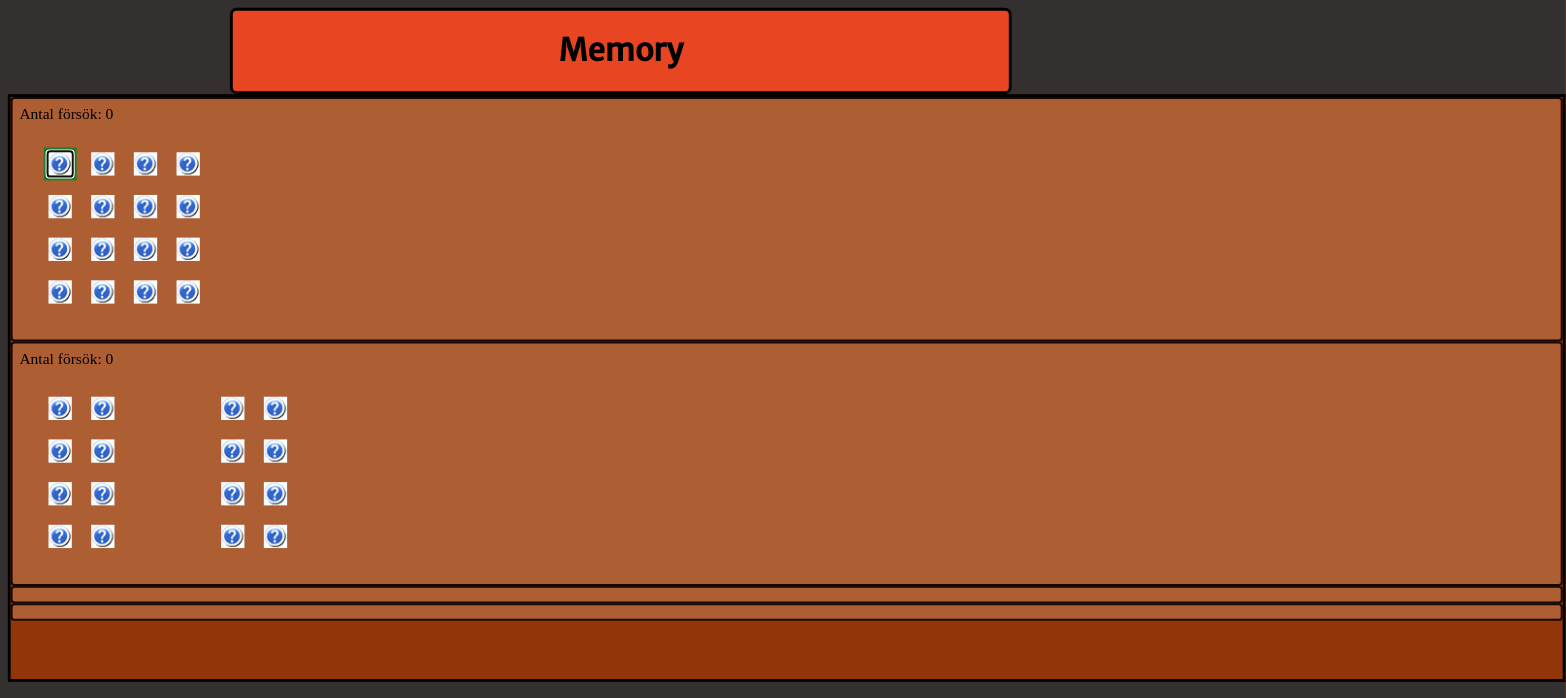
Repository: mi222eh/1dv403-laborationer
Page: 3-gameon/memory/index.html
The author's editor kept a record of every edit. The page is drawn from the files as they stood at one moment, then again after the next edit.
The browser window is 1280 px wide. The page is 1614 px wide, so the pictures cover 1614 px, including what lies to the right of the window. The pictures show the whole page, at 97% of full size.

Above is the page before.

### 3-gameon/memory/index.html
<!DOCTYPE html>
<html lang="sv">
    <head>
        <meta charset="utf-8" />
        <title>Memory</title>
        <link rel="stylesheet" href="css/basic.css" type="text/css" />
    </head>
    <body>
        <div id="head">
            <header>
                <h1>
                    Memory
                </h1>
            </header>
        </div>
        <div id="gamingBoard">

            <div id="game1" class="gaming"></div>
            <div id="game2" class="gaming"></div>
            <div id="game3" class="gaming"></div>
            <div id="game4" class="gaming"></div>
        </div>

        <script type="text/javascript" src="script/memory.js"></script>
        <script type="text/javascript" src="script/random.js"></script>
        <script type="text/javascript" src="script/script.js"></script>
        <script type="text/javascript" src="script/games.js"></script>
    </body>
</html>

### 3-gameon/memory/css/basic.css
@import url(https://fonts.googleapis.com/css?family=Merriweather+Sans);

body {
    background-color:#33302F;
}

#head {
    margin:0 auto;
    width:800px;
    background-color:#E84623;
    text-align:center;
    border:solid #000000 3px;
    border-radius:7px;
    font-family:"Merriweather Sans";
}


#gamingBoard{
    width:1600px;
    min-height:600px;
    background-color:#923508;
    margin:0 auto;
    border:solid 3px;
}

#gamingBoard > div{
    display:block;
    border: solid #190701 2px;
    border-radius:4px;
    padding:7px;
    background-color:#AD5E32;
}

.bricks{
    padding:20px;
}

.row{
    display:block;
}

.row > div{
    display:inline-block;
    padding:10px;

}

.row div > a{
    display:block;
    background-color:#FFFFFF;
    font-size:22px;
    width:24px;
    height:24px;
    text-decoration:none;
    color:#000000;
}
.row div a img {
    text-align:center;
}
.row div a:focus{
    box-shadow:0px 0px 0px 5px #207D27;
}

div.rightPadding{
    padding-top:10px;
    padding-bottom:10px;
    padding-left:10px;
    padding-right:100px;
}

.gaming ._tries {
    display:inline-block;
}

._win {
    color:#1E4A0B;
    font-size:24px;
}

### 3-gameon/memory/script/memory.js
"use strict"

function MemoryGame(row, col, gameID, gameLayoutID){

    //Variabler som kommer att användas
    var focusX = 0;                                             //Fixerar fokuset (X)
    var focusY = 0;                                             //Fixerar fokuset (Y)
    var THIS = this;
    var memory_Values = [];                                     //ska lagra 2 värden (brickorna)
    var numberOfSuccess = 0;                                    //lager för antalet succéer (kommer att avgöra när segerTexten kommer)
    var numberOfTries = 0;

    //<-----           Metoder till variablerna            ------>//
    this.setfocusX = function(i){focusX = i};
    this.setfocusY = function(i){focusY = i};

    this.addnumberOfTries = function(i){numberOfTries += i;};
    this.getnumberOfTries = function(){return numberOfTries};

    this.addnmberOfSuccess = function(i){numberOfSuccess += i};
    this.getnumberOfSuccess = function(){return numberOfSuccess};

    this.getgameLayoutID = function(){return gameLayoutID};
    this.getgameID = function(){return gameID};

    this.getRow = function(){return row};
    this.getCol = function(){return col};

    this.getPosition = function(i){return Position[i]};
    this.setPosition = function(ref){Position.push(ref)};
    this.getPositionArray = function(){return Position};

    this.setmemoryValue = function(ref){memory_Values.push(ref)};
    this.getmemoryValue = function(i){return memory_Values[i]};
    this.getWholememoryValue = function(){return memory_Values};
    this.clearmemoryValue = function(){memory_Values = []};

    /*
    this.resetValues = function(){
        if (this.listenToClick) {
        numberOfSuccess = 0;
        numberOfTries = 0;
        memory_Values = [];
        Position = RandomGenerator.getPictureArray(this.getRow(), this.getCol());
        }
    };
    */

    //<-------          Metoder för fokuset             ----->//
    this.handleDown = function(){
        if ((focusY + 1) < (row)) {
            focusY += 1;
        }
        this.focus();
    };
    this.handleUp = function(){
      if ((focusY - 1) >= 0) {
          focusY += -1;
      }
      this.focus();
    };
    this.handleLeft = function(){
        if ((focusX - 1) >= 0) {
            focusX += -1;
        }
        this.focus();
    };
    this.handleRight = function(){
        if ((focusX+1) < (col)) {
            focusX += 1;
        }
        this.focus();
    };
    this.focus = function(){
        var targetFocus = document.getElementById(gameID).getElementsByClassName('bricks')[0];
        var rowNumber = targetFocus.childNodes[focusY];
        var columnNumber = rowNumber.childNodes[focusX];
        columnNumber.childNodes[0].focus();
    };


    //                  Array för slumpade siffror
    var Position = RandomGenerator.getPictureArray(this.getRow(), this.getCol());

    //              Område för spelplanen@
    this.area = document.getElementById(gameID);

    this.listenToClick = true;


}

    ////<-------          (Test) Metod för att återställa spelplanen   ------>//
    MemoryGame.prototype.reset = function(_this){
        _this.area.innerHTML = "";
        _this.resetValues();
        _this.generateGame();

    };

    //<-------          Metod för att generera spelplanen   ------>//
    MemoryGame.prototype.generateGame = function(){
        var _this = this;

        //<--bara för test-->//
        var resetButton = document.createElement('button');
        var resetText = document.createTextNode("Reset");
        resetButton.appendChild(resetText);
        resetButton.setAttribute("type", "button");
        resetButton.addEventListener("click", function(){
            _this.reset(_this)
        });


        //<--slut på test-->//

        //Generar allt gemensamt här...
        var gameInfoDiv = document.createElement('div');
        var textNode = document.createTextNode('Antal försök: ');
        var divtext = document.createElement('div');
        var divWin = document.createElement('div');
        var divNumber = document.createElement('div');

        divNumber.classList.add('_tries');
        divWin.classList.add('_win');

        divtext.appendChild(textNode);
        divtext.appendChild(divNumber);
        gameInfoDiv.appendChild(divtext);
        gameInfoDiv.appendChild(divWin);
        this.area.appendChild(gameInfoDiv);

        //Beorende på ID, skapa layout
        if (this.getgameLayoutID() === 0) {

            this.area.appendChild(this.layout0());
        }
        else if (this.getgameLayoutID() === 1) {

            this.area.appendChild(this.layout1());
        }
        this.updateNumbers();
    };

    // <------- För ID 0-------->//
    MemoryGame.prototype.layout0 = function(){
        var i,m, img, coldiv, rowdiv, a;
        var _this = this;

        var picture = 0;

        var masterdiv = document.createElement('div');
        masterdiv.classList.add('bricks');

        for (i = 0; i < this.getRow(); i+=1) {

            rowdiv = document.createElement('row');
            rowdiv.classList.add('row');
            for (m = 0; m < Math.floor((this.getCol()/2)); m+=1) {

                coldiv = document.createElement('div');
                img = document.createElement('img');
                a = document.createElement('a');

                //konfigurationer
                img.setAttribute("alt", "?");
                img.setAttribute("height", "24px");
                img.setAttribute("width", "24px");
                img.setAttribute("src", "pics/0.png");
                img.classList.add("brick_" + picture);

                a.setAttribute("href", "#");
                a.addEventListener("click", function(event) {
                    _this.clickAction(event, _this);
                 });
                        a.addEventListener("keydown", function(event) {
                        _this.navigation(event, _this);
                 });

                //sätta dit
                a.appendChild(img);
                coldiv.appendChild(a);

                rowdiv.appendChild(coldiv);
                picture += 1;
                if (m === (Math.floor((this.getCol()/2)-1))) {
                    coldiv.classList.add('rightPadding');
                }

            }

            for (m = Math.floor((this.getCol()/2)); m < this.getCol() ; m+=1) {
                coldiv = document.createElement('div');
                img = document.createElement('img');
                a = document.createElement('a');

                //konfigurationer
                img.setAttribute("alt", "?");
                img.setAttribute("height", "24px");
                img.setAttribute("width", "24px");
                img.setAttribute("src", "pics/0.png");
                img.classList.add("brick_" + picture);

                a.setAttribute("href", "#");
                a.addEventListener("click", function(event) {
                    _this.clickAction(event, _this);
                 });
                        a.addEventListener("keydown", function(event) {
                        _this.navigation(event, _this);
                 });

                //sätta dit
                a.appendChild(img);
                coldiv.appendChild(a);

                rowdiv.appendChild(coldiv);
                picture += 1;
                if (m === Math.floor((this.getCol()/2))) {
                    coldiv.classList.add('leftPadding');
                }
            }
            masterdiv.appendChild(rowdiv);
        }
        _this.listenToClick = true;
        return masterdiv;
    };

    // <------- För ID 1-------->//
    MemoryGame.prototype.layout1 = function(){
        var _this = this;

        //Variabel för att hålla koll på antalet bilder...
        var picture = 0;

        //En div som håller alla brickor
        var masterdiv = document.createElement('div');
        masterdiv.classList.add('bricks');

        //<------- Generar rad och kolumn beroende av parametrarna ------>//
        for (var i = 0; i < this.getRow(); i+=1) {

            var rowdiv = document.createElement('div');
            rowdiv.classList.add('row');                    //klass skapas för stilmallen

            for (var m = 0; m < this.getCol(); m+=1) {

                //taggar
                var coldiv = document.createElement('div');
                var img = document.createElement('img');
                var a = document.createElement('a');

                //konfigurationer
                img.setAttribute("alt", "?");
                img.setAttribute("height", "24px");
                img.setAttribute("width", "24px");
                img.setAttribute("src", "pics/0.png");
                img.classList.add("brick_" + picture);

                a.setAttribute("href", "#");
                a.addEventListener("click", function (event) {
                    _this.clickAction(event, _this);
                });
                a.addEventListener("keydown",function (event) {
                    _this.navigation(event, _this);
                });


                //sätta dit
                a.appendChild(img);
                coldiv.appendChild(a);

                rowdiv.appendChild(coldiv);
                picture += 1;
            }
            masterdiv.appendChild(rowdiv);
        }

        return masterdiv;           //returnera mäster-diven
    };

    //<------- Metod för navigation ------->//
    MemoryGame.prototype.navigation = function(event, _this){
        var code = event.keyCode;

        switch (code) {
            case 38:
                _this.handleUp();
                event.preventDefault();
                break;

            case 37:
                _this.handleLeft();
                event.preventDefault();
                break;

            case 39:
                _this.handleRight();
                event.preventDefault();
                break;

            case 40:
                _this.handleDown();
                event.preventDefault();
                break;

            default:
        }
    }

    //<--------------   Metod för klickhändelser (då en bricka ska vändas) -------->//
    MemoryGame.prototype.clickAction = function(event, _this){

            if (_this.listenToClick) {

                    event.preventDefault();

                    var a = event.currentTarget;

                    var aClone = a.cloneNode(true);

                    //Ersätt a med klonad a (för att ta bort listeners)
                    a.parentNode.replaceChild(aClone, a);

                    var image = aClone.childNodes[0];
                    var index = image.getAttribute('class').slice(6);




                    //Nya attribut på bilden sätts
                    image.setAttribute("alt", _this.getPosition(index));
                    image.setAttribute("src", "pics/" + _this.getPosition(index) + ".png");



                    //Hoppsan, "keypress" gick också bort
                    aClone.addEventListener("keydown", function (event) {
                        _this.navigation(event, _this);
                    });


                    _this.checkValues(aClone.childNodes[0]);
                    _this.setXAndYFocus(aClone);
            }






    };

    //<------------------- Kontroll av värden (och lagrande) ---------->//
    MemoryGame.prototype.checkValues = function(targetValue){

        var _this = this;

        //Sätt in referensen till image-taggen i arrayen
        _this.setmemoryValue(targetValue);
        console.log(_this.getWholememoryValue());

        //Kolla arrayens storlek (förutsätter att den blir högst två, men man vet aldrig)
        if (_this.getWholememoryValue().length >= 2) {


            if(_this.validateValues()){

                _this.addnmberOfSuccess(2);
                _this.clearmemoryValue();
            }

            else{
                _this.listenToClick = false;
                setTimeout(_this.flipBack, 1000, _this);

            }
            _this.addnumberOfTries(1);
            _this.updateNumbers();

        }
    };

    //<----------------  Jämför värden i arrayen ------------->//
    MemoryGame.prototype.validateValues = function(){

        //hämta ut till en lokal variabel
        var img1 = this.getmemoryValue(0);
        var img2 = this.getmemoryValue(1);

        var pos1 = img1.getAttribute('class').slice(6);
        var pos2 = img2.getAttribute('class').slice(6);

        if (this.getPosition(pos1) === this.getPosition(pos2)) {
          return true;
        }

        else{
            return false;
        }
    };

    //<------------------ Ansvara för att vända tillbaka brickorna ------------>//
    MemoryGame.prototype.flipBack = function(_this){

        console.log(_this);
        //sätt attribut och alt...
        _this.getmemoryValue(0).setAttribute("src", "pics/0.png");
        _this.getmemoryValue(0).setAttribute("alt", "?");

        _this.getmemoryValue(1).setAttribute("src", "pics/0.png");
        _this.getmemoryValue(1).setAttribute("alt", "?");

        //Lägg till listeners igen
        _this.getmemoryValue(0).parentNode.addEventListener("click", function (event) {
                    _this.clickAction(event, _this);
                 });
        _this.getmemoryValue(1).parentNode.addEventListener("click", function (event) {
                    _this.clickAction(event, _this);
                 });

        _this.clearmemoryValue();
        setTimeout(function() {_this.listenToClick = true;}, 100);

    };

    //<------------------ Uppdaterar numret ------------>//
    MemoryGame.prototype.updateNumbers = function(){
        var placeToWriteNumber = document.getElementById(this.getgameID()).getElementsByClassName('_tries')[0];
        placeToWriteNumber.innerHTML = this.getnumberOfTries();

        if (this.getnumberOfSuccess() === this.getPositionArray().length) {
            var winplace = document.getElementById(this.getgameID()).getElementsByClassName('_win')[0];
            winplace.innerHTML = "Memory: avklarat";
        }
    };

    //<------------------ X och Y focus (tillagd för att inte göra konflikt med onClick eventet) ------------>//
    MemoryGame.prototype.setXAndYFocus = function(focusingTarget){
        var x = 0, y = 0, tmpTarget;

        focusingTarget = focusingTarget.parentNode;

        tmpTarget = focusingTarget;

        while ((focusingTarget = focusingTarget.previousSibling) != null){
            x += 1;
        }
        var YNode = tmpTarget.parentNode;

        while ((YNode = YNode.previousSibling) != null){
            y += 1;
        }

        this.setfocusX(x);
        this.setfocusY(y);
        this.focus();
    };

### 3-gameon/memory/script/random.js
var RandomGenerator = {

	/*
		Denna metod tar antalet rader och columner som inparameter.

		Metoden returnerar en array innehållandes utslumpade tal mellan 1 och (rows*cols)/2. Varje tal representeras två
		gånger och motsvarar således en spelbricka.

		I en 4*4 matris kan Arrayen t.ex. se ut så här:
		[1,2,6,8,6,2,5,3,1,3,7,5,8,4,4,7]

		I en 2*4 matris kan Arrayen t.ex. se ut så här:
		[3,4,4,1,2,1,2,3]
	*/

	getPictureArray: function(rows, cols)
	{
		var numberOfImages = rows*cols;
		var maxImageNumber = numberOfImages/2;

	   	var imgPlace = [];

	   //Utplacering av bilder i Array
	   for(var i=0; i<numberOfImages; i++)
		  imgPlace[i] = 0;

		for(var currentImageNumber=1; currentImageNumber<=maxImageNumber; currentImageNumber++)
		{
			var imageOneOK = false;
			var imageTwoOK = false;

			do
			{
				if(imageOneOK == false)
				{
					var randomOne = Math.floor( (Math.random() * (rows*cols-0) + 0) );

					if( imgPlace[randomOne] == 0 )
					{
						imgPlace[randomOne] = currentImageNumber;
						imageOneOK = true;
					}
				}

				if(imageTwoOK == false)
				{
					var randomTwo = Math.floor( (Math.random() * (rows*cols-0) + 0) );

					if( imgPlace[randomTwo] == 0 )
					{
						imgPlace[randomTwo] = currentImageNumber;
						imageTwoOK = true;
					}
				}
			}
			while(imageOneOK == false || imageTwoOK == false);
		}

		return imgPlace;
	}
}

### 3-gameon/memory/script/script.js
"use strict"

window.onload = function(){
    myGames.init();
};

document.onkeydown = function(e){
    var code = e.keyCode;

    console.log(code);

    switch (code) {
        case 38:
            handleUp();
            e.preventDefault();
            break;

        case 37:
            handleLeft();
            e.preventDefault();
            break;

        case 39:
            handleRight();
            e.preventDefault();
            break;

        case 40:
            handleDown();
            e.preventDefault();
            break;

        default:
            // code
    }

};

### 3-gameon/memory/script/games.js
"use strict"

var myGames = {
    init: function(){
        var game1 = new MemoryGame(4, 4, "game1", 1);
        var game2 = new MemoryGame(4, 4, "game2", 0);
        game1.generateGame();
        game2.generateGame();


        game1.focus();
    }
};

After the next edit:
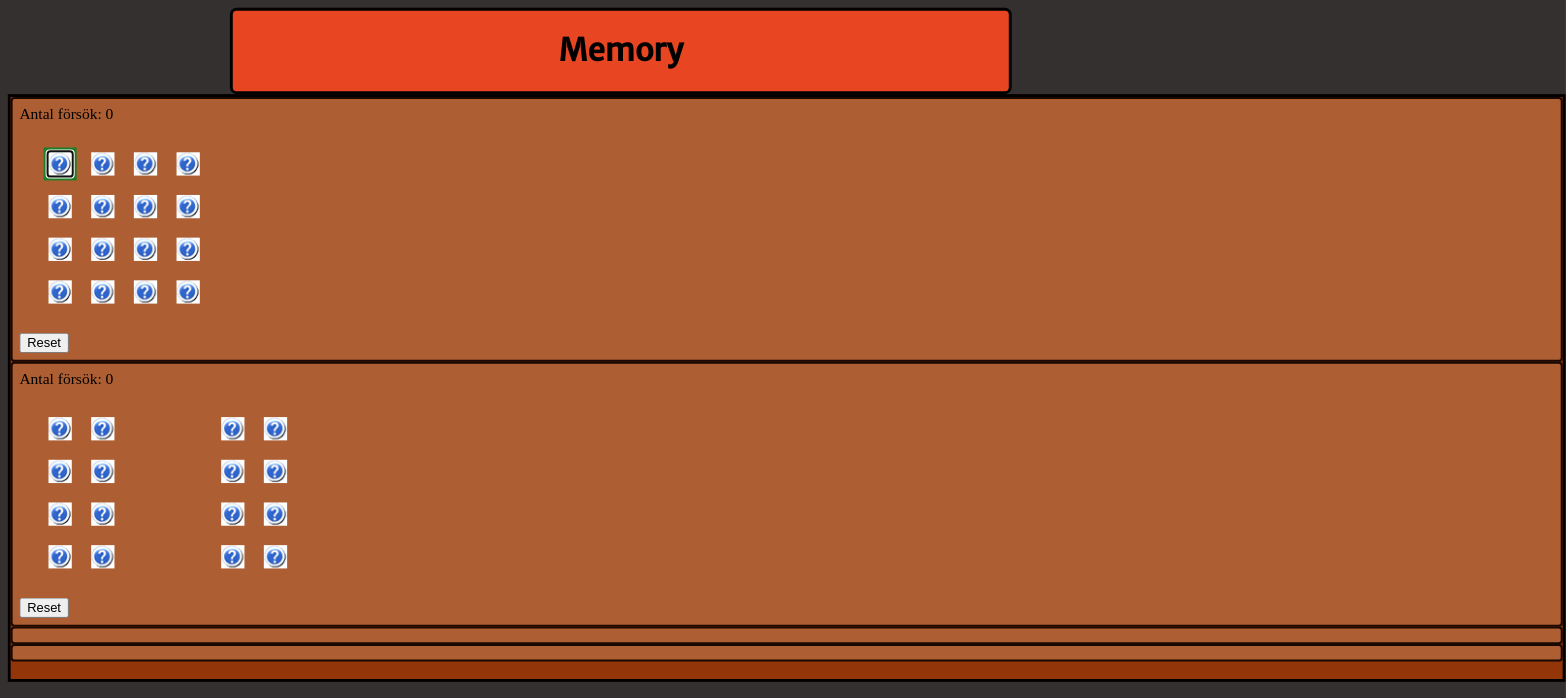
The edit:
--- a/3-gameon/memory/script/memory.js
+++ b/3-gameon/memory/script/memory.js
@@ -139,6 +139,7 @@
 
             this.area.appendChild(this.layout1());
         }
+        this.area.appendChild(resetButton);
         this.updateNumbers();
     };
 
